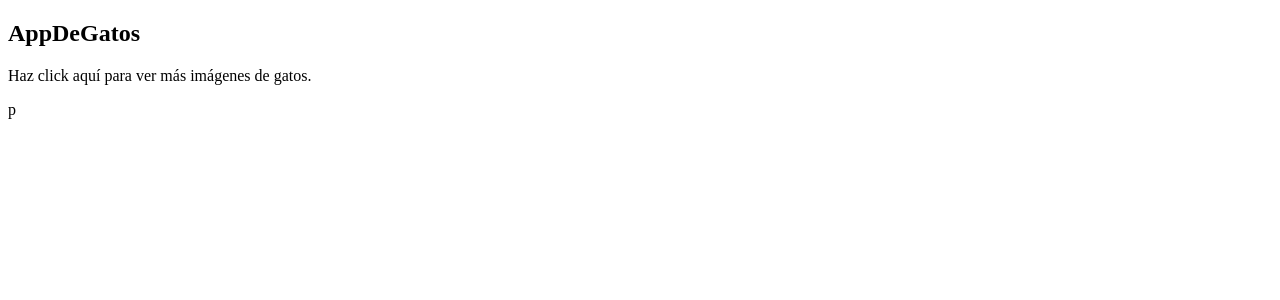
Repository: pedro-donoso/curso-html---css
Page: index.html
The author's editor kept a copy of each file at every save. The page is drawn from the files as they stood at one save, then again after the next save.
The browser window is 1280 px wide. The pictures show the whole page.

Above is the page before, as saved 2023-11-03 10:14:47.

### index.html
<!DOCTYPE html>
<html lang="es">
<head>
    <meta charset="UTF-8">
    <meta name="viewport" content="width=device-width, initial-scale=1.0">
    <title>Curso HTML & CSS</title>
</head>
<body>
    <h2>AppDeGatos</h2>
    <p>Haz click aquí para ver más imágenes de gatos.</p>
    p

</body>
</html>

After the next save:
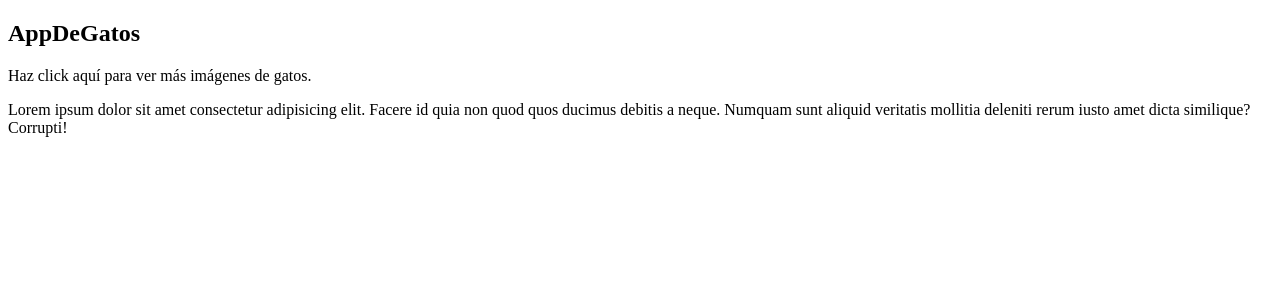
Saved 14 s later.
--- a/index.html
+++ b/index.html
@@ -8,7 +8,7 @@
 <body>
     <h2>AppDeGatos</h2>
     <p>Haz click aquí para ver más imágenes de gatos.</p>
-    p
+    <p>Lorem ipsum dolor sit amet consectetur adipisicing elit. Facere id quia non quod quos ducimus debitis a neque. Numquam sunt aliquid veritatis mollitia deleniti rerum iusto amet dicta similique? Corrupti!</p>
 
 </body>
 </html>
